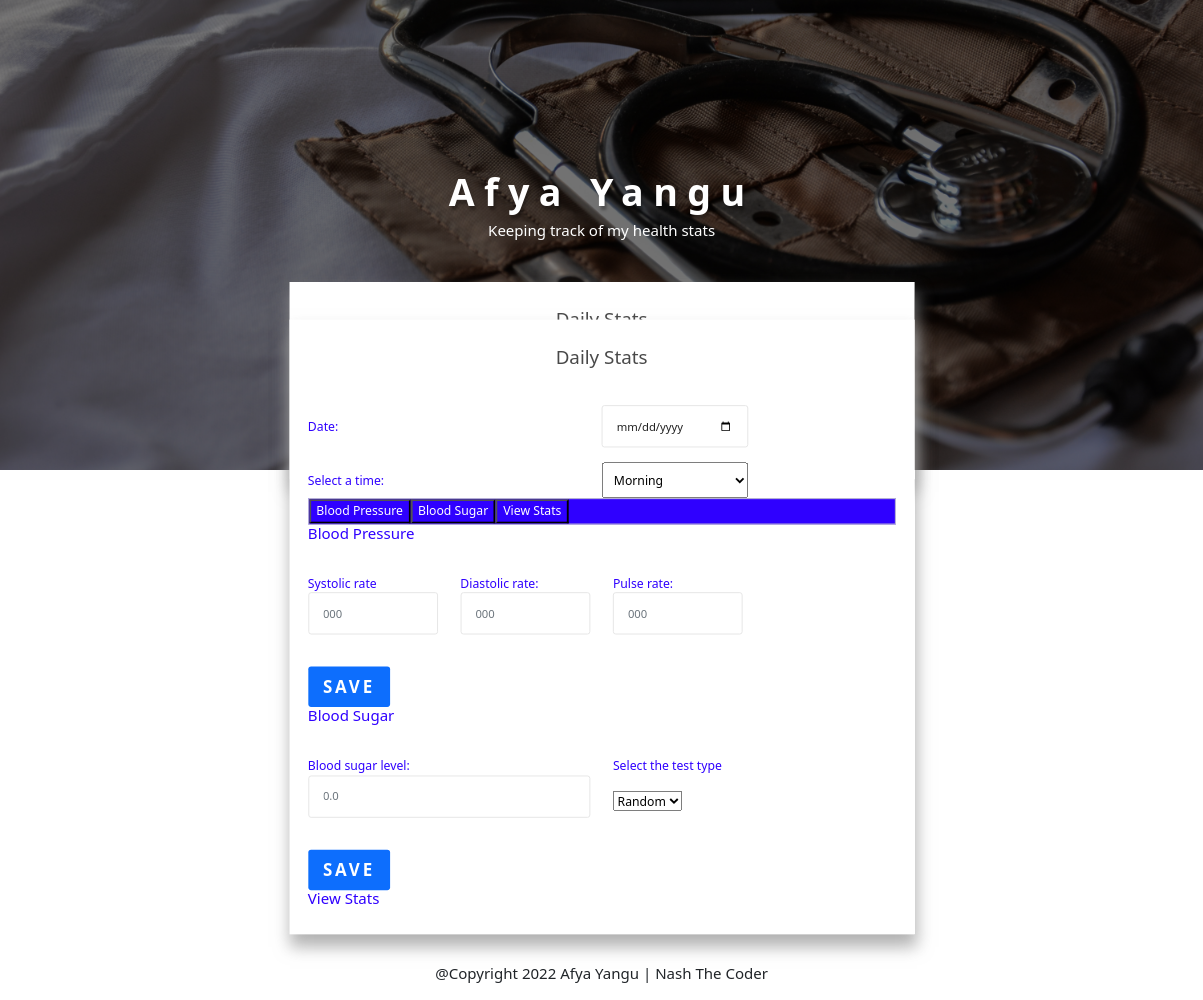
Repository: nashthecoder/afya_yangu
Page: / (app in client/)
The author's editor kept a copy of each file at every save. The page is drawn from the files as they stood at one save, then again after the next save.
The browser window is 1280 px wide. The pictures show the whole page, at 94% of full size.
The project was rebuilt for these pictures with package versions that can differ from the ones it lists, and the page was loaded fresh each time.

Above is the page before, as saved 2022-03-17 07:29:48.

### client/public/index.html
<!DOCTYPE html>
<html lang="en">
  <head>
    <meta charset="utf-8" />
    <link rel="icon" href="%PUBLIC_URL%/favicon.ico" />
    <meta name="viewport" content="width=device-width, initial-scale=1" />
    <meta name="theme-color" content="#000000" />
    <meta
      name="description"
      content="Web site created using create-react-app"
    />
    <link rel="apple-touch-icon" href="%PUBLIC_URL%/logo192.png" />
    <!--
      manifest.json provides metadata used when your web app is installed on a
      user's mobile device or desktop. See https://developers.google.com/web/fundamentals/web-app-manifest/
    -->
    <link rel="manifest" href="%PUBLIC_URL%/manifest.json" />
    <!--
      Notice the use of %PUBLIC_URL% in the tags above.
      It will be replaced with the URL of the `public` folder during the build.
      Only files inside the `public` folder can be referenced from the HTML.

      Unlike "/favicon.ico" or "favicon.ico", "%PUBLIC_URL%/favicon.ico" will
      work correctly both with client-side routing and a non-root public URL.
      Learn how to configure a non-root public URL by running `npm run build`.
    -->
    <title>Afya Yangu</title>
  </head>
  <body>
    <noscript>You need to enable JavaScript to run this app.</noscript>
    <div id="root"></div>
    <!--
      This HTML file is a template.
      If you open it directly in the browser, you will see an empty page.

      You can add webfonts, meta tags, or analytics to this file.
      The build step will place the bundled scripts into the <body> tag.

      To begin the development, run `npm start` or `yarn start`.
      To create a production bundle, use `npm run build` or `yarn build`.
    -->
  </body>
</html>

### client/src/index.js
import React from 'react';
import ReactDOM from 'react-dom';
import App from './App';
import reportWebVitals from './reportWebVitals';
import '../src/style.scss';

ReactDOM.render(
  <React.StrictMode>
    <App />
  </React.StrictMode>,
  document.getElementById('root')
);

// If you want to start measuring performance in your app, pass a function
// to log results (for example: reportWebVitals(console.log))
// or send to an analytics endpoint. Learn more: https://bit.ly/CRA-vitals
reportWebVitals();

### client/src/App.js
import React from 'react'
import Banner from './components/Banner'
import Header from './components/Header'
import Form from './components/Form'
import Footer from './components/Footer'
function App() {
  return (
    <div className="App">
      <Banner />
      <Header />
      <Form />
      <Footer />
    </div>
  );
}

export default App;

### client/src/style.scss
@import '../node_modules/bootstrap/scss/bootstrap.scss';
/*********************************************/
/*             GENERAL CSS              */
/*********************************************/

body {
    width: 100%;
    position: relative;
}

p.main-form-text {
    font-size: 20px !important;
    font-weight: 500;
    color: #494949;
}

h3 {
    font-size: 40px;
    letter-spacing: 10px;
    font-weight: bold;
}

h4 {
    font-size: 16px;
}

img {
    width: 100%;
    height: 100%;
}

form {
    position: relative;
}

/*********************************************/
/*              UTILITY CSS             */
/*********************************************/

input,
input.form-control {
    color: #222;
    font-size: 12px;
    background: $white;
    padding: 0 15px;
    width: 100%;
    height: 45px;
    line-height: 46px;
    outline: none;
    border: 1px solid #e5e5e5;
    border-radius: 3px;
    box-shadow: none;
    transition: all 0.3s;
}

.btn-primary {
    font-weight: 600;
    font-size: 18px;
    cursor: pointer;
    display: inline-block;
    text-transform: uppercase;
    border: none;
    color: $white;
    border-radius: 3px;
    transition: all 0.3s;
    letter-spacing: 3px;
}

.btn-primary:hover,
.btn-primary:focus {
    background-color: #2b2b2b;
}

.banner {
    background-image: url("./images/bg.jpg");
    min-height: 500px;
    padding: 40px 0px;
    position: relative;
    background-position: center center;
    background-size: cover;
    background-repeat: no-repeat;
}

.banner::before {
    content: "";
    width: 100%;
    height: 100%;
    opacity: 0.5;
    background-color: #000;
    position: absolute;
    top: 0;
}

.brand {
    text-shadow: 2px 4px 3px rgba(0, 0, 0, 0.3);
}

.caption-text {
    margin-top: 130px;
    color: $white;
    position: relative;
}

/*********************************************/
/*              BANNER CSS              */
/*********************************************/

.banner {
    background-image: url("./images/bg.jpg");
    min-height: 500px;
    padding: 40px 0px;
    position: relative;
    background-position: center center;
    background-size: cover;
    background-repeat: no-repeat;
}

.banner::before {
    content: "";
    width: 100%;
    height: 100%;
    opacity: 0.5;
    background-color: #000;
    position: absolute;
    top: 0;
}

.brand {
    text-shadow: 2px 4px 3px rgba(0, 0, 0, 0.3);
}

.caption-text {
    margin-top: 130px;
    color: $white;
    position: relative;
}

/*********************************************/
/*              FORM CSS                "/
/*********************************************/

.form-box #box-title {
    position: relative;
    padding: 10px;
    text-align: center;
}

.form-box #box-title p {
    margin-bottom: 0;
    font-size: 14px;
}

.fill-form {
    position: relative;
    margin: -210px auto 0px auto;
    box-shadow: 1px 12px 16px 1px rgba(153, 153, 153, 0.75);
    -webkit-box-shadow: 1px 12px 16px 1px rgba(153, 153, 153, 0.75);
    -moz-box-shadow: 1px 12px 16px 1px rgba(153, 153, 153, 0.75);
}

.fill-form .form-box__content {
    padding: 20px;
    margin-bottom: 30px;
    background-color: $white;
}

.row {
    padding-top: 10px;
    color: rgb(47, 0, 255);
    font-size: small;
}

.radio-button {
    font: 1rem 'Fira Sans', sans-serif;
}

.radio-button input {
    margin: .4rem;
}


/*********************************************/
/*              TAB CSS                  "/
/*********************************************/
.tab {
    overflow:hidden;
    border: 1px solid #ccc;
    background-color: rgb(47, 0, 255);
}

.tab button {
    background-color: inherit;
    color: #fff;
}

.tabcontent {
    display: none;
    padding: 6px 12px;
    border: 1px solid #ccc;
    border-top: none;
}
/*********************************************/
/*               FOOTER CSS                  "/
/*********************************************/

footer p {
    margin: 55px 0px 60px 0px;
    padding-top: 20px;
    font-size: 17px;
    font-weight: 600;
    color: transparent;
    -webkit-background-clip: text;
    -moz-background-clip: text;
    background-clip: text;
}


/*********************************************/
/*              MEDIA QUERIES CSS           "/
/*********************************************/

@media only screen and (min-width: 994px) and (max-width: 1398px) and (-webkit-min-device-pixel-ratio: 1) {
    .form-box #box-title {
        padding: 5px 20px 20px 20px;
    }
}

@media only screen and (min-width: 767px) and (max-width: 1196px) and (-webkit-min-device-pixel-ratio: 1) {
    .form-box #box-title {
        padding: 0px;
    }
    .fill-form .form-box__content {
        padding: 50px 50px 60px 50px;
    }
}

@media only screen and (min-width: 500px) and (max-width: 766px) and (-webkit-min-device-pixel-ratio: 1) {
    .form-box #box-title {
        padding: 0px;
    }
    .fill-form .form-box__content {
        padding: 50px 50px 60px 50px;
    }
    h3.brand {
        font-size: 30px;
    }
    .caption-text h4 {
        font-size: 14px;
    }
    .caption-text {
        margin-top: 110px;
    }
    footer {
        margin-bottom: 30px;
    }
    .form-box__img {
        display: none;
    }
}

@media only screen and (min-width: 360px) and (max-width: 499px) and (-webkit-min-device-pixel-ratio: 1) {
    .caption-text {
        margin-top: 30px;
    }
    h3.brand {
        font-size: 19px;
    }
    .banner {
        min-height: 400px;
    }
    .form-box__img {
        display: none;
    }
    footer {
        margin-bottom: 10px;
    }
}

@media only screen and (max-width: 359px) {
    .caption-text {
        margin-top: 30px;
    }
    h3.brand {
        font-size: 17px;
    }
    .caption-text h4 {
        font-size: 12px;
    }
    .banner {
        min-height: 400px;
    }
    .form-box__img {
        display: none;
    }
    .form-box #box-title {
        padding: 0px 30px 30px;
    }
}

### client/src/components/Banner.js
import React from 'react'

const Banner = () => {
    return (
        <>
        <header>
            <div className="banner">
                <div className="container">
                    <div className="row">
                        <div className="col-lg-9 offset-lg-3 mx-auto">
                            <div className="caption-text text-center">
                                <h3 className="brand">Afya Yangu</h3>
                                <h4> Keeping track of my health stats</h4>
                            </div>
                        </div>
                    </div>
                </div>
            </div>
        </header>
        </>
    )
}

export default Banner

### client/src/components/Header.js
import React from 'react'

const Header = () => {
    return (
        <>
        <section>
            <div className="container">
                <div className="row">
                <div className="col-lg-7 offset-lg-2 g-0 mx-auto">
                    <div className="fill-form form-box">
                            <div className="form-box__content">
                            <div id="box-title">
                                <p className="main-form-text">Daily Stats</p>
                            </div>
                            <div className="top-container row-cols-2">
                                <label for="date">Date:</label>
                                <input className="col-3 mt-3" type="date" id="date" name="date" />
                            <label for="test">Select a time:</label>
                                    <select className="col-3 mt-3 p-2"type="time" id="test" name="test">
                                        <option selected>Morning</option>
                                        <option>Evening</option>
                                    </select>
                                </div>
                            </div>
                        </div>
                    </div>
                </div>
                </div>
        </section>
        </>
    )
}

export default Header

### client/src/components/Form.js
import React from 'react'

const Form = () => {
    return (
        <>
        <section>
            <div className="container">
                <div className="row">
                <div className="col-lg-7 offset-lg-2 g-0 mx-auto">
                    <div className="fill-form form-box">
                            <div className="form-box__content">
                            <div id="box-title">
                                <p className="main-form-text">Daily Stats</p>
                            </div>
                            <div className="top-container row-cols-2">
                                <label for="date">Date:</label>
                                <input className="col-3 mt-3" type="date" id="date" name="date" />
                            <label for="test">Select a time:</label>
                                    <select className="col-3 mt-3 p-2"type="time" id="test" name="test">
                                        <option selected>Morning</option>
                                        <option>Evening</option>
                                    </select>
                                </div>
                                <div className="tab">
                                    <button className="tablinks">Blood Pressure</button>
                                    <button className="tablinks">Blood Sugar</button>
                                    <button className="tablinks">View Stats</button>
                                </div>
                                <div className="tabContent">
                                <h4>Blood Pressure</h4>
                                <form>
                                    <div class="row row-cols-3">
                                    <div className="col-3 mt-3">
                                        <label for="systolic-number">Systolic rate</label>
                                        <input
                                            class="form-control"
                                            id="systolic-number"
                                            name="systolic-number"
                                            placeholder='000'
                                            type="number"
                                        />
                                    </div>
                                    <div className="col-3 mt-3">
                                        <label for="diastolic-number">Diastolic rate:</label>
                                        <input
                                            className="form-control"
                                            id="diastolic-number"
                                            name="diastolic-number"
                                            placeholder='000'
                                            type="number"
                                        />
                                    </div>
                                    <div className="col-3 mt-3">
                                    <label for="pulse-rate">Pulse rate:</label>
                                    <input
                                        className="form-control"
                                        id="pulse-rate"
                                        name="pulse-rate"
                                        placeholder='000'
                                        type="number"
                                    />
                                    </div>
                                    </div>
                                    <div className="d-grid mt-4">
                                    <div class="container">
                                        <div class="row">
                                            <div class="col">
                                                <button class="btn btn-primary btn-lg" type="submit" value="save">
                                                    Save
                                                </button>
                                            </div>
                                        </div>
                                    </div>
                                    </div>
                                </form>
                                </div>
                                <div className="tabContent">
                                <h4>Blood Sugar</h4>
                                <form>
                                    <div class="row row-cols-2">
                                    <div className=" col-6 mt-3">
                                        <label for="bloodSugar-level">Blood sugar level:</label>
                                        <input
                                            class="form-control"
                                            id="bloodSugar-level"
                                            name="bloodSugar-level"
                                            type="number"
                                            step='0.1'
                                            placeholder='0.0'
                                        />
                                    </div>
                                    <div className="mt-3">
                                        <p>Select the test type</p>
                                        <select id="simple" name="simple">
                                            <option selected>Random</option>
                                            <option>Fasted</option>
                                        </select>
                                    </div>
                                    </div>
                                    <div className="d-grid mt-4">
                                    <div class="container">
                                        <div class="row">
                                            <div class="col">
                                                <button class="btn btn-primary btn-lg" type="submit" value="save">
                                                    Save
                                                </button>
                                            </div>
                                        </div>
                                    </div>
                                    </div>
                                </form>
                                </div>
                                <div className="tabContent">
                                <h4>View Stats</h4></div>
                            </div>
                        </div>
                    </div>
                </div>
                </div>
        </section>
        </>
    )
}

export default Form

### client/src/components/Footer.js
import React from 'react'

const Footer = () => {
    return (
        <>
        <div>
            <p className="footer text-center">@Copyright 2022 Afya Yangu | Nash The Coder</p>
        </div>
        </>
    )
}

export default Footer

Loaded but not shown: client/src/reportWebVitals.js (common file)

After the next save:
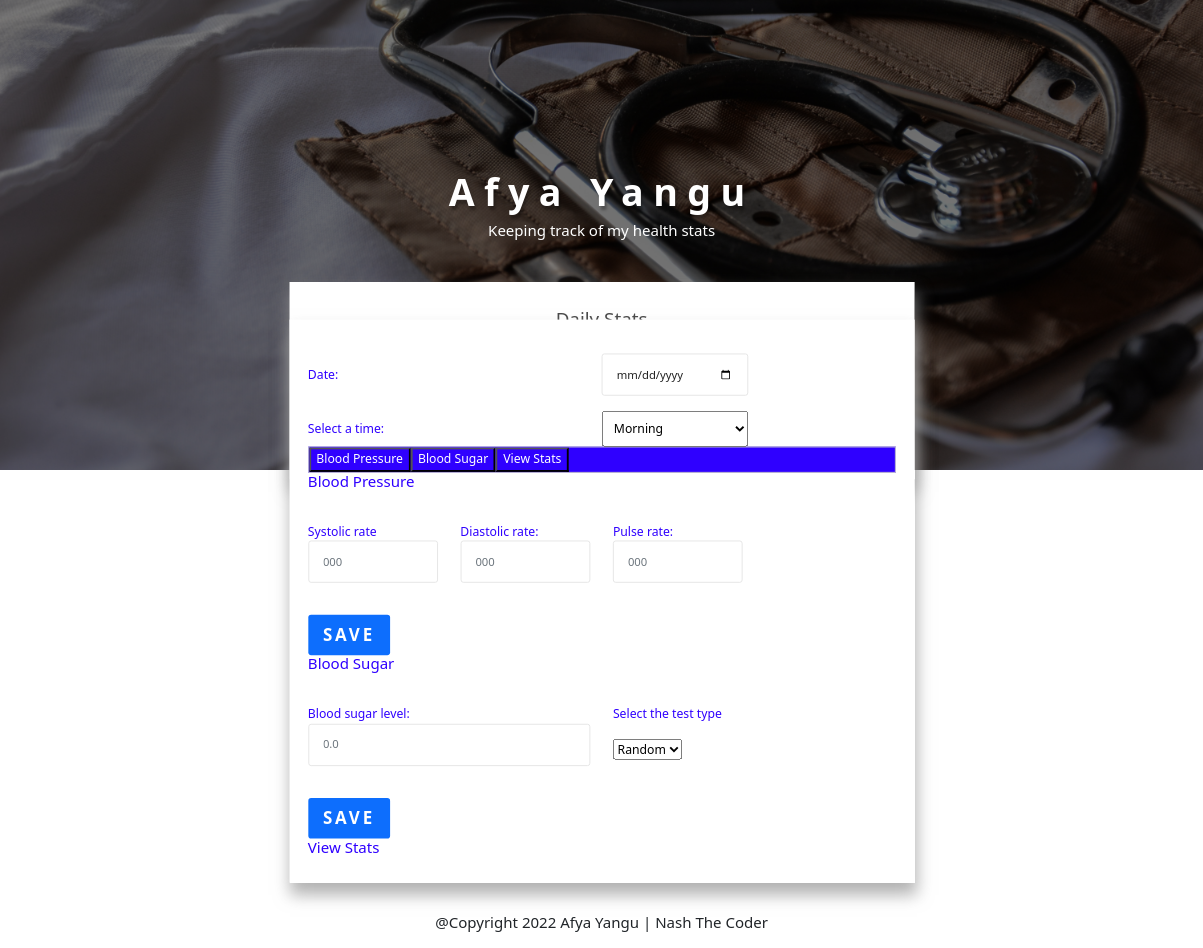
Saved 30 s later.
--- a/client/src/components/Form.js
+++ b/client/src/components/Form.js
@@ -9,9 +9,6 @@ const Form = () => {
                 <div className="col-lg-7 offset-lg-2 g-0 mx-auto">
                     <div className="fill-form form-box">
                             <div className="form-box__content">
-                            <div id="box-title">
-                                <p className="main-form-text">Daily Stats</p>
-                            </div>
                             <div className="top-container row-cols-2">
                                 <label for="date">Date:</label>
                                 <input className="col-3 mt-3" type="date" id="date" name="date" />
